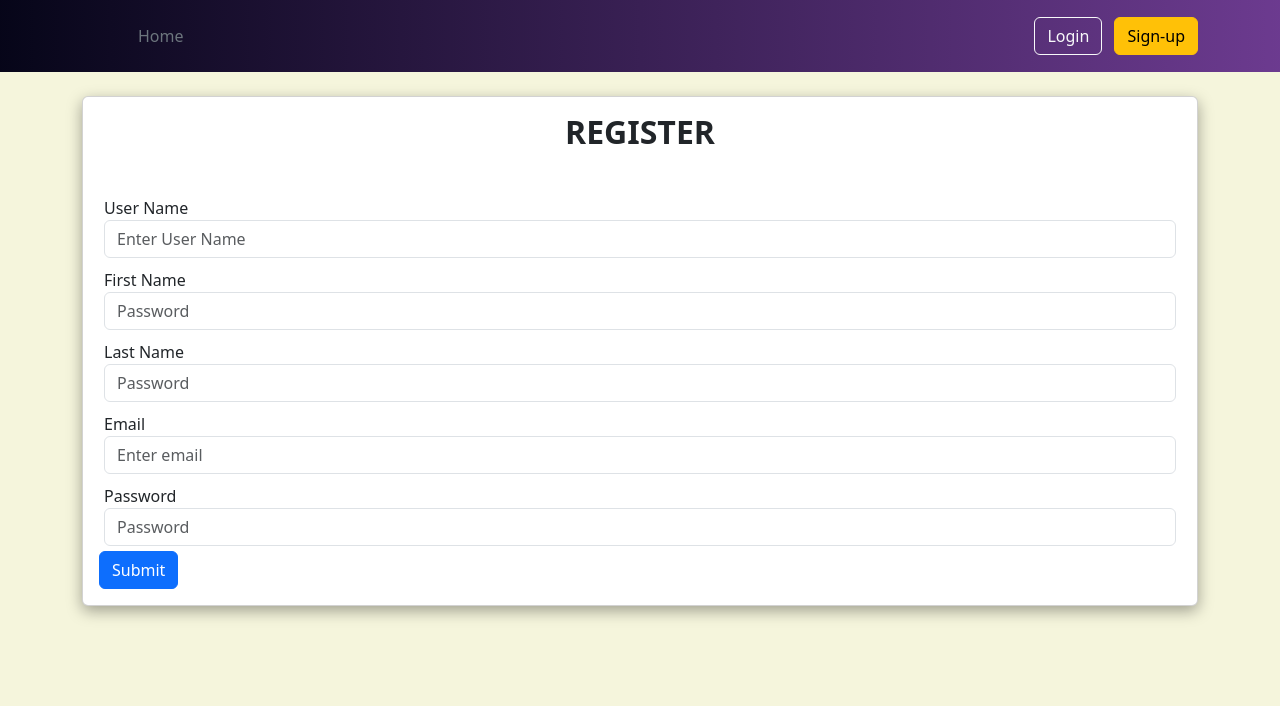
Repository: professorsourabh/php_membership
Page: index.html
These files come from the project's save history. The page is drawn as it stood at one moment and after the next save; the edit follows.
The browser window is 1280 px wide. The pictures show the whole page.

Above is the page before, as saved 2023-07-08 17:26:58.

### index.html
<html lang="en">
<head>
    <meta charset="UTF-8">
    <meta name="viewport" content="width=device-width, initial-scale=1.0">
    <title>Assesment</title>
    <link href="https://cdn.jsdelivr.net/npm/bootstrap@5.3.0/dist/css/bootstrap.min.css" rel="stylesheet" integrity="sha384-9ndCyUaIbzAi2FUVXJi0CjmCapSmO7SnpJef0486qhLnuZ2cdeRhO02iuK6FUUVM" crossorigin="anonymous">
    <link rel="stylesheet" href="index.css"></link>
</head>
<body>
    <header class="p-3 bg-dark text-white">
        <div class="container">
          <div class="d-flex flex-wrap align-items-center justify-content-center justify-content-lg-start">
            <a href="/" class="d-flex align-items-center mb-2 mb-lg-0 text-white text-decoration-none">
              <svg class="bi me-2" width="40" height="32" role="img" aria-label="Bootstrap"><use xlink:href="#bootstrap"/></svg>
            </a>

            <ul class="nav col-12 col-lg-auto me-lg-auto mb-2 justify-content-center mb-md-0">
              <li><a href="#" class="nav-link px-2 text-secondary">Home</a></li>

            </ul>


            <div class="text-end">
              <button type="button" class="btn btn-outline-light me-2">Login</button>
              <button type="button" class="btn btn-warning">Sign-up</button>
            </div>
          </div>
        </div>
      </header>
      <div class="container my-4">
        <div class="card my-4" style="box-shadow: rgba(0, 0, 0, 0.35) 0px 5px 15px;">
            <div class="card-heading text-center my-3 mx-2">
                <h2 class="text-uppercase fw-bold">Register</h2>
            </div>
            <div class="card-body">

        <form method="post" action="">
            <div class="form-group">
                <label for="exampleInputusername">User Name</label>
                <input type="text" class="form-control" name="username" id="username" placeholder="Enter User Name">
              </div>

              <div class="form-group">
                <label for="exampleInputfirst_name">First Name</label>
                <input type="text" class="form-control" name="firstname" id="first_name" placeholder="Password">
              </div>
              <div class="form-group">
                <label for="exampleInputlast_name">Last Name</label>
                <input type="text" name="lastname" class="form-control" id="last_name" placeholder="Password">
              </div>

            <div class="form-group">
              <label for="exampleInputEmail">Email</label>
              <input type="email" class="form-control" name="email" id="email"  placeholder="Enter email">

            </div>


              <div class="form-group">
                <label for="exampleInputPassword">Password</label>
                <input type="password" class="form-control" name="password" id="exampleInputPassword" placeholder="Password">
              </div>


            <button type="submit" class="btn btn-primary">Submit</button>
          </form>

            </div>
        </div>

    </div>






    <script src="https://cdn.jsdelivr.net/npm/bootstrap@5.3.0/dist/js/bootstrap.bundle.min.js" integrity="sha384-geWF76RCwLtnZ8qwWowPQNguL3RmwHVBC9FhGdlKrxdiJJigb/j/68SIy3Te4Bkz" crossorigin="anonymous"></script>
</body>
</html>

### index.css
*{
    padding: 0;
    margin: 0;
}

body{

    background-color: beige;
}
header{
    background: rgb(5,4,24);
    background: linear-gradient(90deg, rgba(5,4,24,0.9557072829131653) 0%, rgba(134,66,179,0.7400210084033614) 100%);
}
.registration-part{

    padding: 50px;

}
div.form-group{
    padding: 5px;
}

After the next save:
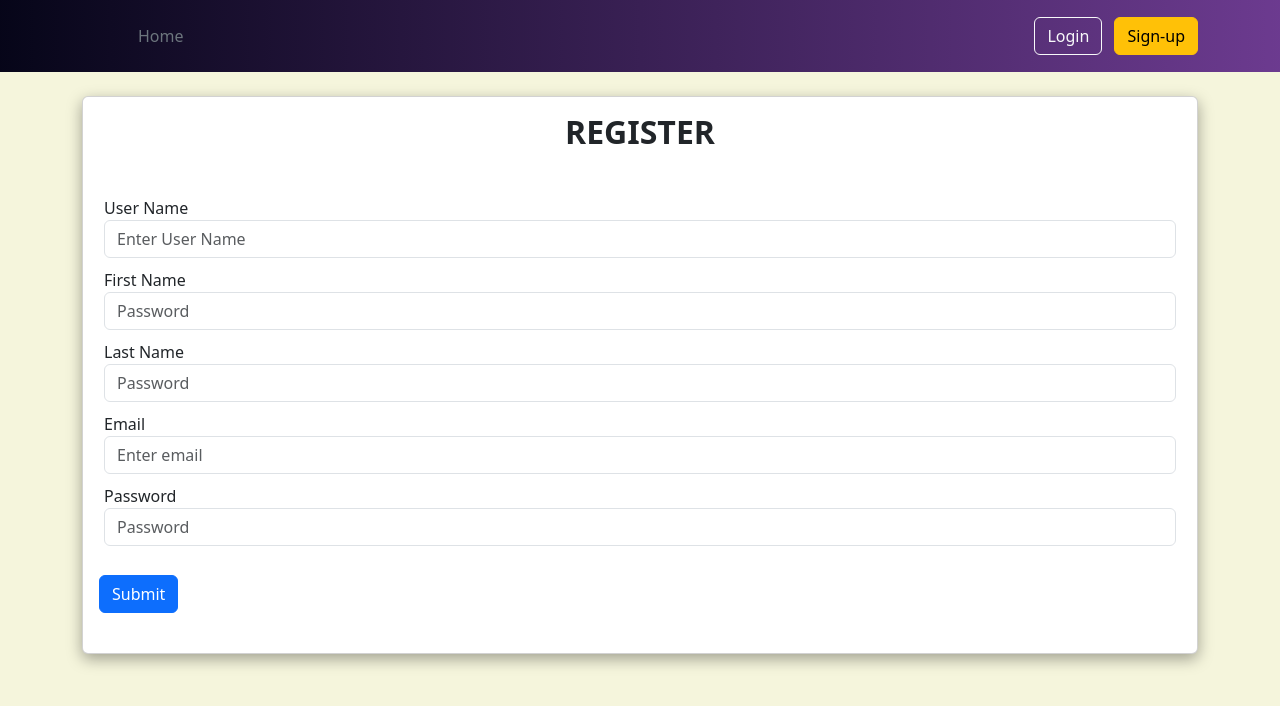
Saved 17 s later.
--- a/index.html
+++ b/index.html
@@ -62,7 +62,7 @@
               </div>
 
 
-            <button type="submit" class="btn btn-primary">Submit</button>
+            <button type="submit" class="btn btn-primary my-4">Submit</button>
           </form>
 
             </div>
